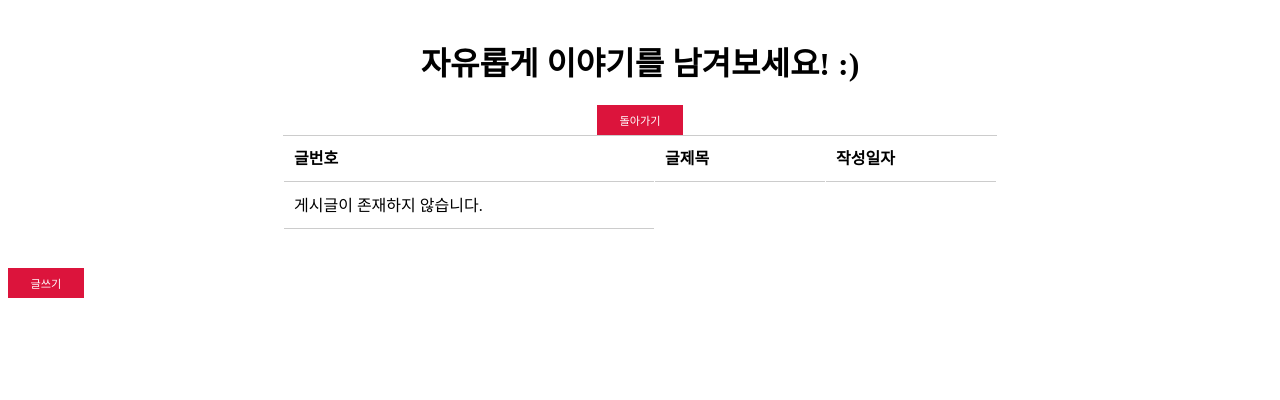
Repository: minkyung0421/NMT_Project
Page: http://localhost/MyPage_Project/list.jsp
An editor plug-in stored every save of this project. The page is shown before and after the next save, followed by the edit.
The browser window is 1280 px wide. The pictures show the whole page.
The page is served by Tomcat 9. Queries for data that is not in the repository find no rows.

Above is the page before, as saved 2018-08-30 23:15:54.

### NMT_Project/MyPage_Project/WebContent/list.jsp
<%@ page language="java" contentType="text/html; charset=UTF-8"
    pageEncoding="UTF-8"%>
<%@ page import="java.sql.*" %>
<!DOCTYPE html PUBLIC "-//W3C//DTD HTML 4.01 Transitional//EN" "http://www.w3.org/TR/html4/loose.dtd">
<html>
<head>
<meta http-equiv="Content-Type" content="text/html; charset=UTF-8">
<title>List</title>
<style>

	table.type04 {
    border-collapse: separate;
    border-spacing: 1px;
    text-align: left;
    line-height: 1.5;
    border-top: 1px solid #ccc;

}
table.type04 th {
    width: 150px;
    padding: 10px;
    font-weight: bold;
    vertical-align: top;
    border-bottom: 1px solid #ccc;
}
table.type04 td {
    width: 350px;
    padding: 10px;
    vertical-align: top;
    border-bottom: 1px solid #ccc;
}




      .Btn{margin:30px auto 0; width:100px;}

      button{
        background:crimson;
        color:#fff;
        border:none;
        position:relative;
        height:30px;
        font-size:0.7em;
        padding:0 2em;
        cursor:pointer;
        transition:800ms ease all;
        outline:none;
      }
      button:hover{
        background:#fff;
        color:crimson;
      }
      button:before,button:after{
        content:'';
        position:absolute;
        top:0;
        right:0;
        height:2px;
        width:0;
        background: crimson;
        transition:400ms ease all;
      }
      button:after{
        right:inherit;
        top:inherit;
        left:0;
        bottom:0;
      }
      button:hover:before,button:hover:after{
        width:100%;
        transition:800ms ease all;
      }



</style>
</head>
<body>
 <center><h1 style = "margin-top:3%">자유롭게 이야기를 남겨보세요! :)</h1>
        <a href = "index.jsp"><button>돌아가기</button></a></center>
<%

	Class.forName("com.mysql.jdbc.Driver"); //mysql연동
	String url = "jdbc:mysql://localhost:3306/blog?useUnicode=true&amp;characterEncoding=UTF-8"; //mysql 데이터베이스명
	String mysql_id = "root"; //mysql id
	String mysql_pw = "1234"; //mysql pw
	int total = 0;

	try{
		Connection conn = DriverManager.getConnection(url, mysql_id, mysql_pw);
		Statement stmt = conn.createStatement();
		String totalSql = "select count(*) from board;"; //총 글 갯수
		ResultSet rs = stmt.executeQuery(totalSql);

		if(rs.next()){
			total = rs.getInt(1);
		}

		String listSql = "select board_no, board_title, board_date from board;"; //전체리스트
		rs = stmt.executeQuery(listSql);

		//오류가 없을 시
		%>
		<center>
		<table class="type04">
			<tr>
				<th>글번호</th>
				<th>글제목</th>
				<th>작성일자</th>
			<tr>
			<%
			if(total==0){
			%>
			<tr>
				<td>게시글이 존재하지 않습니다.</td>
			</tr>
			<%
			//total이 0이 아닐때
			}else{
				while(rs.next()){
					int board_no = rs.getInt(1);
					String board_title = rs.getString(2);
					String board_date = rs.getString(3);

					//리스트 출력
			%>
			<tr>
				<th scope="row"><%=board_no %></th>
        		<td><a href="Detail.jsp?board_no=<%=board_no%>"><%= board_title %></a></td>
				<td><%= board_date %></td>
			</tr>
			<%
				}
			}
			rs.close();
			conn.close();
			stmt.close();
	}catch(SQLException e){
		out.println(e.toString());
	}
%>
</table>
</center>
<a href = "Write.jsp"><button style = "margin-top:3%;s">글쓰기</button></a>
</body>
</html>

After the next save:
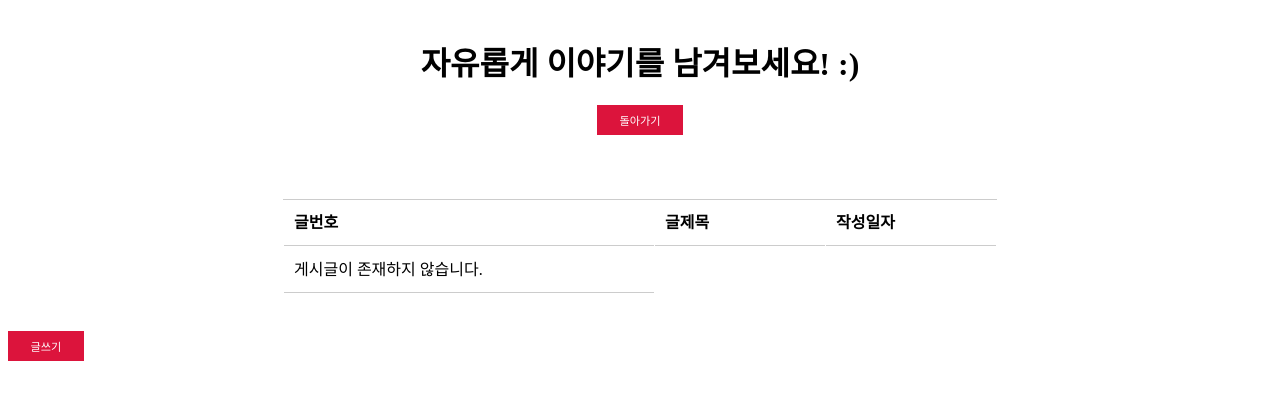
Saved 24 s later.
--- a/NMT_Project/MyPage_Project/WebContent/list.jsp
+++ b/NMT_Project/MyPage_Project/WebContent/list.jsp
@@ -14,6 +14,7 @@
     text-align: left;
     line-height: 1.5;
     border-top: 1px solid #ccc;
+    margin-top:5%;
 
 }
 table.type04 th {
